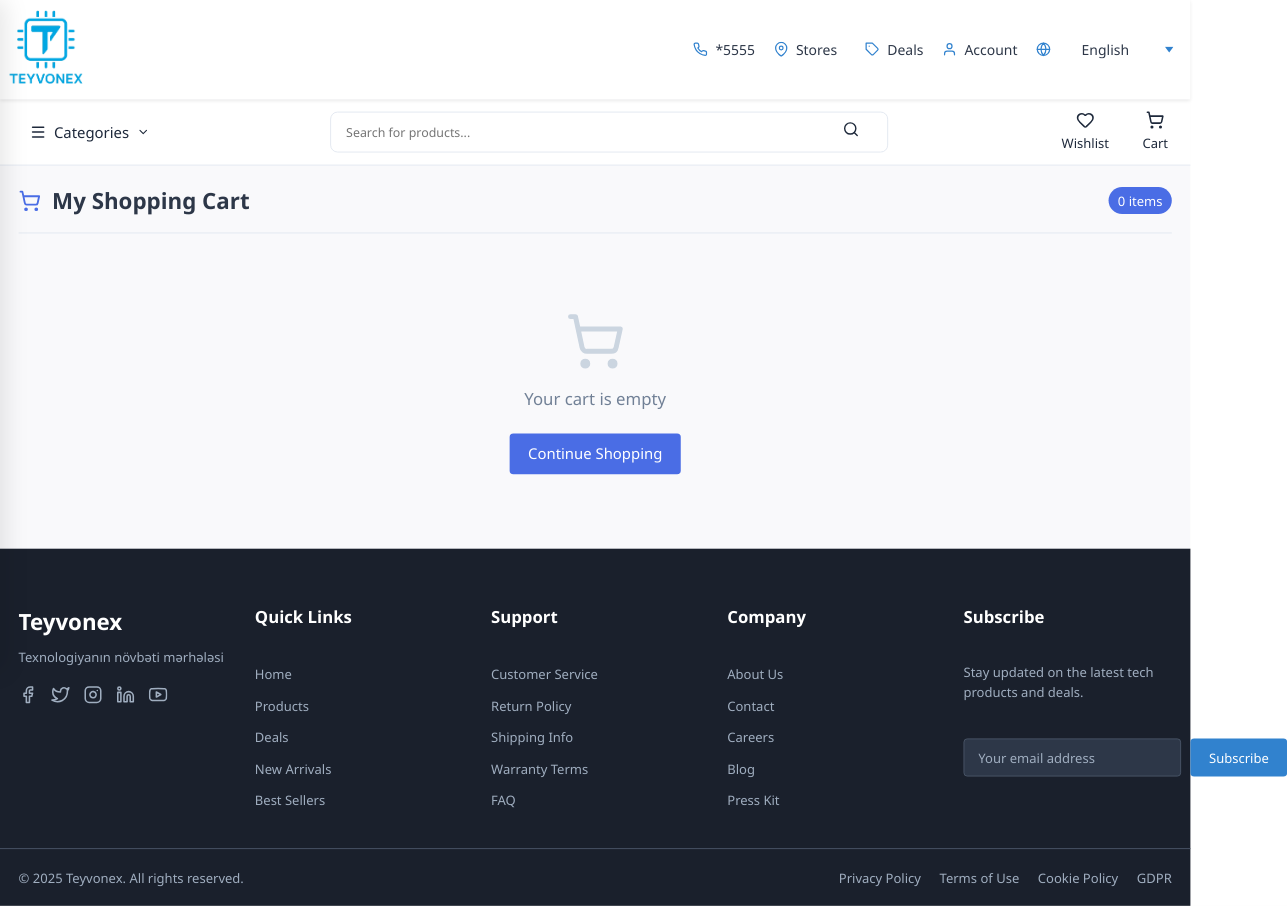
Repository: ferhadsultan98/e-commerce
Page: /shoppingcard
These files come from the project's save history. The page is drawn as it stood at one moment and after the next save; the edit follows.
The browser window is 1280 px wide. The page is 1384 px wide, so the pictures cover 1384 px, including what lies to the right of the window. The pictures show the whole page, at 93% of full size.
The project was rebuilt for these pictures with package versions that can differ from the ones it lists, and the page was loaded fresh each time. Also part of the build but not shown: vite.config.js, src/admin/Components/AdminLogin/AdminLogin.scss, src/admin/Components/AdminLogin/AdminLogin.jsx, src/client/Pages/Products/ProductCard.jsx, src/client/Pages/Products/Products.jsx, src/client/Styles/TechSlider.scss, src/client/Pages/TechSlider/TechSlider.jsx, src/client/Styles/ProductFeatures.scss and 35 more.

Above is the page before, as saved 2025-04-26 20:02:56.

### index.html
<!doctype html>
<html lang="en">
  <head>
    <meta charset="UTF-8" />
<link rel="shortcut icon" href="/src/client/Assets/bluelogo.png" type="image/x-icon">
    <meta name="viewport" content="width=device-width, initial-scale=1.0" />
    <title>Teyvonex</title>
  </head>
  <body>
    <div id="root"></div>
    <script type="module" src="/src/main.jsx"></script>
  </body>
</html>

### src/App.jsx
import React, { useState, useEffect } from "react";
import "./App.scss";
import Router from "./Router";
import ChatWidget from "./client/Components/Chat/ChatWidget";
import ScrollButton from "./client/Components/ScrollButton/ScrollButton";
import { ToastContainer } from "react-toastify";
import 'react-toastify/dist/ReactToastify.css';

function App() {
  const [isAuthenticated, setIsAuthenticated] = useState(
    sessionStorage.getItem("isAuthenticated") === "true"
  );
  const [isAdmin, setIsAdmin] = useState(
    sessionStorage.getItem("isAdmin") === "true"
  );

  useEffect(() => {
    sessionStorage.setItem("isAuthenticated", isAuthenticated.toString());
    sessionStorage.setItem("isAdmin", isAdmin.toString());
  }, [isAuthenticated, isAdmin]);

  const handleLogin = (admin = false) => {
    setIsAuthenticated(true);
    if (admin) {
      setIsAdmin(true);
    }
  };

  const handleLogout = () => {
    setIsAuthenticated(false);
    setIsAdmin(false);
    sessionStorage.removeItem("isAuthenticated");
    sessionStorage.removeItem("isAdmin");
  };

  return (
    <>
      <Router
        isAuthenticated={isAuthenticated}
        isAdmin={isAdmin}
        handleLogin={handleLogin}
        handleLogout={handleLogout}
      />

      <ScrollButton />
      <ToastContainer />
    </>
  );
}

export default App;

### src/App.scss
*{
  margin: 0;
  padding: 0;
  box-sizing: border-box;
  font-family: 'Segoe UI', Tahoma, Geneva, Verdana, sans-serif;
}
body{
  background-color: #f5f7fa;
}

### src/client/Components/ScrollButton/ScrollButton.jsx
import React, { useState, useEffect } from "react";
import "../../Styles/ScrollButton.scss";
import { FaChevronUp } from "react-icons/fa";

const ScrollButton = () => {
  const [isVisible, setIsVisible] = useState(false);

  // Butonun görünürlüğünü kontrol et
  useEffect(() => {
    const toggleVisibility = () => {
      if (window.pageYOffset > 300) {
        setIsVisible(true);
      } else {
        setIsVisible(false);
      }
    };

    window.addEventListener("scroll", toggleVisibility);
    return () => window.removeEventListener("scroll", toggleVisibility);
  }, []);

  const scrollToTop = () => {
    const scrollStep = (timestamp) => {
      const start = performance.now();
      const duration = 800; // Animasyon süresi (ms)
      const easeInOutQuad = (t) => (t < 0.5 ? 2 * t * t : -1 + (4 - 2 * t) * t);

      const step = () => {
        const progress = Math.min((performance.now() - start) / duration, 1);
        const easing = easeInOutQuad(progress);
        window.scrollTo(0, (1 - easing) * window.pageYOffset);

        if (progress < 1) {
          requestAnimationFrame(step);
        }
      };

      requestAnimationFrame(step);
    };

    requestAnimationFrame(scrollStep);
  };

  return (
    <>
      {isVisible && (
        <button className="scroll-to-top" onClick={scrollToTop}>
          <FaChevronUp />
        </button>
      )}
    </>
  );
};

export default ScrollButton;

### src/client/Components/Layout/Layout.jsx
// Layout.jsx
import React from 'react';
import TopHeader from '../Header/TopHeader';
import BottomHeader from '../Header/BottomHeader';
import Footer from '../Footer/Footer';

const Layout = ({ children, onLogout, wishlistItems, cartItems, onAddToWishlist, onAddToCart }) => {
  return (
    <>
      <TopHeader onLogout={onLogout} />
      <BottomHeader
        wishlistItems={wishlistItems}
        cartItems={cartItems}
        onAddToWishlist={onAddToWishlist}
        onAddToCart={onAddToCart}
      />
      {children}
      <Footer />
    </>
  );
};

export default Layout;

### src/client/Components/ScrollToTop/ScrollToTop.jsx
import { useEffect } from "react";
import { useLocation } from "react-router-dom";

function ScrollToTop() {
  const { pathname } = useLocation();

  useEffect(() => {
    window.scrollTo({
      top: "0",
      behavior: "smooth",
    });
  }, [pathname]);

  return null;
}

export default ScrollToTop;

### src/client/Components/Header/TopHeader.jsx
import React, { useState } from "react";
import { FiPhone, FiMapPin, FiTag, FiGlobe, FiUser, FiMenu, FiX } from "react-icons/fi";
import "../../Styles/TopHeader.scss"
import logo from "../../Assets/bluelogo.png";

const TopHeader = () => {
  const [language, setLanguage] = useState("en");
  const [isMobileMenuOpen, setIsMobileMenuOpen] = useState(false);

  const languages = {
    en: "English",
    az: "Azərbaycan",
    ru: "Русский",
  };

  const toggleMobileMenu = () => {
    setIsMobileMenuOpen(!isMobileMenuOpen);
  };

  return (
    <header className="header">
      <div className="headerContainer">
        {/* Logo */}
        <div className="headerLogo">
          <a href="/">
            <img src={logo} alt="TechTrend Logo" />
          </a>
        </div>

        {/* Desktop Navigation */}
        <nav className="headerNav">
          <div className="headerContact">
            <a href="tel:*5555" className="headerLink">
              <FiPhone size={16} />
              <span>*5555</span>
            </a>
            <a href="/stores" className="headerLink">
              <FiMapPin size={16} />
              <span>Stores</span>
            </a>
          </div>

          <div className="headerUtils">
            <a href="/deals" className="headerLink">
              <FiTag size={16} />
              <span>Deals</span>
            </a>
            <a href="/account" className="headerLink">
              <FiUser size={16} />
              <span>Account</span>
            </a>
            <div className="headerLanguage">
              <FiGlobe size={16} />
              <select
                value={language}
                onChange={(e) => setLanguage(e.target.value)}
              >
                {Object.entries(languages).map(([code, name]) => (
                  <option key={code} value={code}>
                    {name}
                  </option>
                ))}
              </select>
            </div>
          </div>
        </nav>

        {/* Mobile Menu Toggle */}
        <button className="headerMobileToggle" onClick={toggleMobileMenu}>
          {isMobileMenuOpen ? <FiX size={24} /> : <FiMenu size={24} />}
        </button>
      </div>

      {/* Mobile Navigation */}
      <nav className={`headerMobileNav ${isMobileMenuOpen ? "active" : ""}`}>
        <div className="headerMobileContact">
          <a href="tel:*5555" className="headerLink">
            <FiPhone size={16} />
            <span>*5555</span>
          </a>
          <a href="/stores" className="headerLink">
            <FiMapPin size={16} />
            <span>Stores</span>
          </a>
        </div>
        <div className="headerMobileUtils">
          <a href="/deals" className="headerLink">
            <FiTag size={16} />
            <span>Deals</span>
          </a>
          <a href="/account" className="headerLink">
            <FiUser size={16} />
            <span>Account</span>
          </a>
          <div className="headerLanguage">
            <FiGlobe size={16} />
            <select
              value={language}
              onChange={(e) => setLanguage(e.target.value)}
            >
              {Object.entries(languages).map(([code, name]) => (
                <option key={code} value={code}>
                  {name}
                </option>
              ))}
            </select>
          </div>
        </div>
      </nav>
    </header>
  );
};

export default TopHeader;

### src/client/Styles/ShoppingCard.scss
// ShoppingCard.scss

// Variables
$primary-color: #4a6de5;
$primary-hover: #3a5bd4;
$secondary-color: #f8f9fa;
$accent-color: #ff6b6b;
$text-color: #2d3748;
$border-color: #e2e8f0;
$success-color: #38a169;
$card-shadow: 0 4px 12px rgba(0, 0, 0, 0.08);
$border-radius: 10px;

.shopping-cart {
  width: 100%;
  margin: 0 auto;
  padding: 20px;
  max-width: 1420px;
  font-family: "Segoe UI", Tahoma, Geneva, Verdana, sans-serif;
  color: $text-color;

  &__header {
    display: flex;
    align-items: center;
    margin-bottom: 24px;
    padding-bottom: 16px;
    border-bottom: 1px solid $border-color;

    svg {
      color: $primary-color;
      margin-right: 12px;
    }
  }

  &__title {
    font-size: 24px;
    font-weight: 600;
    margin: 0;
    flex-grow: 1;
  }

  &__count {
    background-color: $primary-color;
    color: white;
    font-size: 14px;
    font-weight: 500;
    padding: 4px 10px;
    border-radius: 16px;
  }

  &__empty {
    display: flex;
    flex-direction: column;
    align-items: center;
    justify-content: center;
    padding: 60px 0;
    text-align: center;

    svg {
      color: #cbd5e0;
      margin-bottom: 16px;
    }
  }

  &__empty-message {
    font-size: 18px;
    font-weight: 500;
    color: #718096;
    margin-bottom: 24px;
  }

  &__continue-shopping {
    display: inline-block;
    padding: 10px 20px;
    background-color: $primary-color;
    color: white;
    font-weight: 500;
    text-decoration: none;
    border-radius: 4px;
    transition: background-color 0.2s;

    &:hover {
      background-color: $primary-hover;
    }
  }

  &__content {
    display: flex;
    flex-direction: column;

    @media (min-width: 768px) {
      flex-direction: row;
      gap: 24px;
    }
  }

  &__items {
    flex: 1;
    margin-bottom: 24px;

    @media (min-width: 768px) {
      margin-bottom: 0;
    }
  }

  &__summary {
    width: 100%;
    background-color: $secondary-color;
    border-radius: $border-radius;
    padding: 24px;
    position: sticky;
    top: 20px;
    box-shadow: $card-shadow;

    @media (min-width: 768px) {
      width: 360px;
      flex-shrink: 0;
    }
  }

  &__summary-title {
    font-size: 18px;
    font-weight: 600;
    margin-top: 0;
    margin-bottom: 20px;
    padding-bottom: 12px;
    border-bottom: 1px solid $border-color;
  }

  &__summary-items {
    margin-bottom: 20px;
  }

  &__checkout-btn {
    width: 100%;
    padding: 14px;
    background-color: $primary-color;
    color: white;
    font-size: 16px;
    font-weight: 600;
    border: none;
    border-radius: 6px;
    cursor: pointer;
    transition: background-color 0.2s;
    margin-bottom: 12px;

    &:hover {
      background-color: $primary-hover;
    }
  }

  &__continue-btn {
    display: block;
    width: 100%;
    padding: 12px;
    text-align: center;
    background-color: transparent;
    color: $primary-color;
    font-size: 14px;
    font-weight: 500;
    border: 1px solid $primary-color;
    border-radius: 6px;
    text-decoration: none;
    transition: background-color 0.2s;

    &:hover {
      background-color: rgba($primary-color, 0.1);
    }
  }
}

.cart-item {
  display: grid;
  grid-template-columns: 1fr;
  gap: 16px;
  padding: 20px;
  margin-bottom: 16px;
  background-color: white;
  border-radius: $border-radius;
  box-shadow: $card-shadow;

  @media (min-width: 576px) {
    grid-template-columns: 120px 1fr auto;
    align-items: center;
  }

  &__image-container {
    width: 100%;
    height: 120px;
    display: flex;
    align-items: center;
    justify-content: center;
    background-color: #f7fafc;
    border-radius: 6px;
    overflow: hidden;

    @media (min-width: 576px) {
      width: 120px;
      height: 120px;
    }
  }

  &__image {
    max-width: 100%;
    max-height: 100%;
    object-fit: contain;
  }

  &__details {
    display: flex;
    flex-direction: column;
    gap: 8px;
  }

  &__name {
    font-size: 16px;
    font-weight: 600;
    margin: 0;
  }

  &__price-container {
    display: flex;
    align-items: center;
    flex-wrap: wrap;
    gap: 8px;
  }

  &__price {
    font-size: 16px;
    font-weight: 600;

    &--original {
      color: #a0aec0;
      text-decoration: line-through;
      font-size: 14px;
      font-weight: 400;
    }

    &--discount {
      color: $accent-color;
    }
  }

  &__discount-badge {
    background-color: rgba($accent-color, 0.1);
    color: $accent-color;
    font-size: 12px;
    font-weight: 600;
    padding: 2px 6px;
    border-radius: 4px;
  }

  &__quantity {
    display: flex;
    align-items: center;
    margin-top: 8px;
  }

  &__quantity-btn {
    display: flex;
    align-items: center;
    justify-content: center;
    width: 28px;
    height: 28px;
    background-color: #f1f5f9;
    border: 1px solid $border-color;
    border-radius: 4px;
    cursor: pointer;
    transition: background-color 0.2s;

    &:hover:not(:disabled) {
      background-color: #e2e8f0;
    }

    &:disabled {
      opacity: 0.5;
      cursor: not-allowed;
    }
  }

  &__quantity-value {
    width: 40px;
    text-align: center;
    font-size: 14px;
    font-weight: 500;
  }

  &__actions {
    display: flex;
    align-items: center;
    gap: 16px;
    margin-top: 8px;
  }

  &__view-details {
    color: $primary-color;
    text-decoration: none;
    display: flex;
    align-items: center;
    gap: 4px;
    &:hover {
      text-decoration: underline;
    }
  }

  &__remove {
    display: flex;
    align-items: center;
    gap: 4px;
    color: #718096;

    background: none;
    border: none;
    padding: 0;
    cursor: pointer;
    transition: color 0.2s;

    &:hover {
      color: $accent-color;
    }
  }

  &__total {
    display: flex;
    flex-direction: column;
    align-items: flex-end;
    justify-content: center;
    text-align: right;

    @media (max-width: 575px) {
      flex-direction: row;
      justify-content: space-between;
      border-top: 1px solid $border-color;
      padding-top: 12px;
    }
  }

  &__total-label {
    font-size: 14px;
    color: #718096;
    margin-bottom: 4px;

    @media (max-width: 575px) {
      margin-bottom: 0;
    }
  }

  &__total-value {
    font-size: 18px;
    font-weight: 600;
    color: $text-color;
  }
}

.summary-row {
  display: flex;
  justify-content: space-between;
  margin-bottom: 12px;
  font-size: 14px;

  &--savings {
    color: $success-color;
    font-weight: 500;
  }

  &--total {
    border-top: 1px solid $border-color;
    margin-top: 12px;
    padding-top: 12px;
    font-size: 18px;
    font-weight: 600;
  }
}

### src/admin/Components/AdminLayout/AdminLayout.scss
// AdminLayout.scss
@import url("https://fonts.googleapis.com/css2?family=Poppins:wght@300;400;500;600;700&display=swap");
@import url("https://fonts.googleapis.com/icon?family=Material+Icons");

// Değişkenler
$primary-color: #3366ff;
$background-color: #f5f7fb;
$transition: all 0.3s ease;
$sidebar-width: 260px;
$sidebar-closed-width: 70px;

.admin-layout {
  display: flex;
  height: 100vh;
  position: relative;
}

.content-area {
  flex: 1;
  margin-left: $sidebar-width;
  transition: $transition;
  overflow-y: auto;
  padding: 20px;

  &.expanded {
    margin-left: $sidebar-closed-width;
  }
}

@media (max-width: 992px) {
  .content-area {
    margin-left: $sidebar-closed-width;

    &.expanded {
      margin-left: 0;
    }
  }
}

### src/client/Styles/TopHeader.scss
.header {
  width: 100%;
  top: 0;
  background-color: #ffffff;
  box-shadow: 0 2px 4px rgba(0, 0, 0, 0.1);
  position: relative;
}

.headerContainer {
  max-width: 1420px;
  margin: 0 auto;
  padding: 10px;
  display: flex;
  align-items: center;
  justify-content: space-between;
}

.headerLogo {
  display: flex;
  align-items: center;
  width: 80px;

  a {
    display: block;
  }

  img {
    width: 100%;
    height: auto;
    padding: 0;
  }
}

.headerNav {
  display: flex;
  align-items: center;
  gap: 30px;

  @media screen and (max-width: 992px) {
    display: none;
  }
}

.headerContact,
.headerUtils,
.headerMobileContact,
.headerMobileUtils {
  display: flex;
  align-items: center;
  gap: 20px;
}

.headerLink {
  display: flex;
  align-items: center;
  gap: 8px;
  color: #2d3748;
  text-decoration: none;
  font-size: 15px;
  font-weight: 500;
  transition: color 0.3s ease;

  svg {
    color: #3182ce;
  }

  &:hover {
    color: #3182ce;
  }
}

.headerLanguage {
  display: flex;
  align-items: center;
  gap: 8px;
  position: relative;

  svg {
    color: #3182ce;
    z-index: 1;
  }

  select {
    appearance: none;
    background-color: transparent;
    border: none;
    padding: 5px 25px 5px 25px;
    font-size: 15px;
    font-weight: 500;
    color: #2d3748;
    cursor: pointer;
    outline: none;

    &:focus {
      color: #3182ce;
    }
  }

  &::after {
    content: "";
    width: 0.6em;
    height: 0.4em;
    background-color: #3182ce;
    clip-path: polygon(100% 0%, 0 0%, 50% 100%);
    position: absolute;
    right: 8px;
    pointer-events: none;
  }
}

.headerMobileToggle {
  display: none;
  background: none;
  border: none;
  cursor: pointer;
  color: #2d3748;

  @media screen and (max-width: 992px) {
    display: block;
  }
}

.headerMobileNav {
  display: flex;
  opacity: 0;
  transform: translateY(-20px);
  pointer-events: none;
  background-color: #ffffff;
  padding: 20px;
  flex-direction: column;
  gap: 20px;
  box-shadow: 0 4px 6px rgba(0, 0, 0, 0.1);
  transition: opacity 0.3s ease, transform 0.3s ease;
  position: absolute;
  top: 100%;
  left: 0;
  right: 0;
  z-index: 1000;

  &.active {
    opacity: 1;
    transform: translateY(0);
    pointer-events: auto;
  }

  @media screen and (min-width: 993px) {
    display: none;
  }
}

/* Responsive Styles */
@media screen and (max-width: 768px) {
  .headerContainer {
    padding: 10px 15px;
  }

  .headerLogo img {
    width: 50px;
  }

  .headerMobileNav {
    padding: 15px;
  }

  .headerLink {
    font-size: 14px;
  }
}

@media screen and (max-width: 576px) {
  .headerLogo img {
    width: 45px;
  }

  .headerMobileContact,
  .headerMobileUtils {
    flex-direction: column;
    align-items: flex-start;
    gap: 15px;
  }

  .headerLink {
    font-size: 13px;
  }

  .headerLanguage select {
    font-size: 13px;
  }
}

### src/client/Styles/Footer.scss
.footerWrapper {
    background-color: #1a202c;
    color: #e2e8f0;
    font-family: "Inter", sans-serif;
    padding-top: 60px;
  }

  .footerContainer {
    max-width: 1280px;
    margin: 0 auto;
    padding: 0 20px;
  }

  .footerTop {
    border-bottom: 1px solid #4a5568;
    padding-bottom: 40px;
  }

  .footerTop .footerContainer {
    display: grid;
    grid-template-columns: repeat(auto-fit, minmax(200px, 1fr));
    gap: 30px;
  }

  .footerColumn {
    display: flex;
    flex-direction: column;
    gap: 20px;
  }

  .footerLogo {
    h2 {
      font-size: 24px;
      font-weight: 700;
      color: #ffffff;
      margin-bottom: 10px;
    }

    p {
      font-size: 14px;
      color: #a0aec0;
    }
  }

  .footerSocial {
    display: flex;
    gap: 15px;

    .socialIcon {
      color: #a0aec0;
      transition: color 0.3s ease;

      &:hover {
        color: #3182ce;
      }
    }
  }

  .footerColumn h3 {
    font-size: 18px;
    font-weight: 600;
    color: #ffffff;
    margin-bottom: 15px;
  }

  .footerLinks {
    list-style: none;
    padding: 0;
    margin: 0;
    display: flex;
    flex-direction: column;
    gap: 10px;

    li {
      a {
        color: #a0aec0;
        text-decoration: none;
        font-size: 14px;
        transition: color 0.3s ease;

        &:hover {
          color: #3182ce;
        }
      }
    }
  }

  .subscribeColumn {
    max-width: 300px;

    p {
      font-size: 14px;
      color: #a0aec0;
      margin-bottom: 20px;
    }
  }

  .subscribeForm {
    display: flex;
    flex-direction: column;
    gap: 10px;
  }

  .inputGroup {
    display: flex;
    gap: 10px;
  }

  .subscribeForm input {
    flex: 1;
    padding: 10px 15px;
    border: 1px solid #4a5568;
    background-color: #2d3748;
    color: #e2e8f0;
    border-radius: 4px;
    font-size: 14px;
    outline: none;

    &::placeholder {
      color: #a0aec0;
    }

    &.inputError {
      border-color: #e53e3e;
    }
  }

  .subscribeButton {
    padding: 10px 20px;
    background-color: #3182ce;
    border: none;
    border-radius: 4px;
    color: #ffffff;
    font-size: 14px;
    font-weight: 500;
    cursor: pointer;
    transition: background-color 0.3s ease;

    &:hover {
      background-color: #2b6cb0;
    }
  }

  .statusMessage {
    font-size: 13px;
    padding: 8px;
    border-radius: 4px;
    text-align: center;

    &.successMessage {
      background-color: #2f855a;
      color: #ffffff;
    }

    &.errorMessage {
      background-color: #e53e3e;
      color: #ffffff;
    }
  }

  .footerBottom {
    padding: 20px 0;
    font-size: 14px;
  }

  .footerBottom .footerContainer {
    display: flex;
    justify-content: space-between;
    align-items: center;
    flex-wrap: wrap;
    gap: 20px;
  }

  .footerCopyright {
    color: #a0aec0;
  }

  .footerLegal {
    display: flex;
    gap: 20px;

    a {
      color: #a0aec0;
      text-decoration: none;
      transition: color 0.3s ease;

      &:hover {
        color: #3182ce;
      }
    }
  }

  /* Responsive Styles */
  @media screen and (max-width: 992px) {
    .footerTop .footerContainer {
      grid-template-columns: repeat(auto-fit, minmax(180px, 1fr));
    }

    .subscribeColumn {
      max-width: 100%;
    }
  }

  @media screen and (max-width: 768px) {
    .footerWrapper {
      padding-top: 40px;
    }

    .footerTop {
      padding-bottom: 30px;
    }

    .footerTop .footerContainer {
      gap: 20px;
    }

    .footerLogo h2 {
      font-size: 20px;
    }

    .footerColumn h3 {
      font-size: 16px;
    }

    .footerLinks li a {
      font-size: 13px;
    }

    .subscribeForm input,
    .subscribeButton {
      font-size: 13px;
    }
  }

  @media screen and (max-width: 576px) {
    .footerBottom .footerContainer {
      flex-direction: column;
      align-items: flex-start;
    }

    .footerLegal {
      flex-direction: column;
      gap: 10px;
    }

    .inputGroup {
      flex-direction: column;
    }

    .subscribeButton {
      width: 100%;
      text-align: center;
    }
  }

Loaded but not shown: src/main.jsx (common file); src/index.css (common file); src/client/Pages/Products/Products.json (1077 lines, source omitted); src/client/Styles/BottomHeader.scss (493 lines, source omitted); src/client/Components/Header/BottomHeader.jsx (274 lines, source omitted); src/Router.jsx (292 lines, source omitted); src/client/Styles/Products.scss (474 lines, source omitted); src/client/Pages/ShoppingCard/ShoppingCard.jsx (232 lines, source omitted); src/admin/Pages/AdminProducts/AdminProducts.scss (400 lines, source omitted); src/client/Components/Footer/Footer.jsx (176 lines, source omitted)

After the next save:
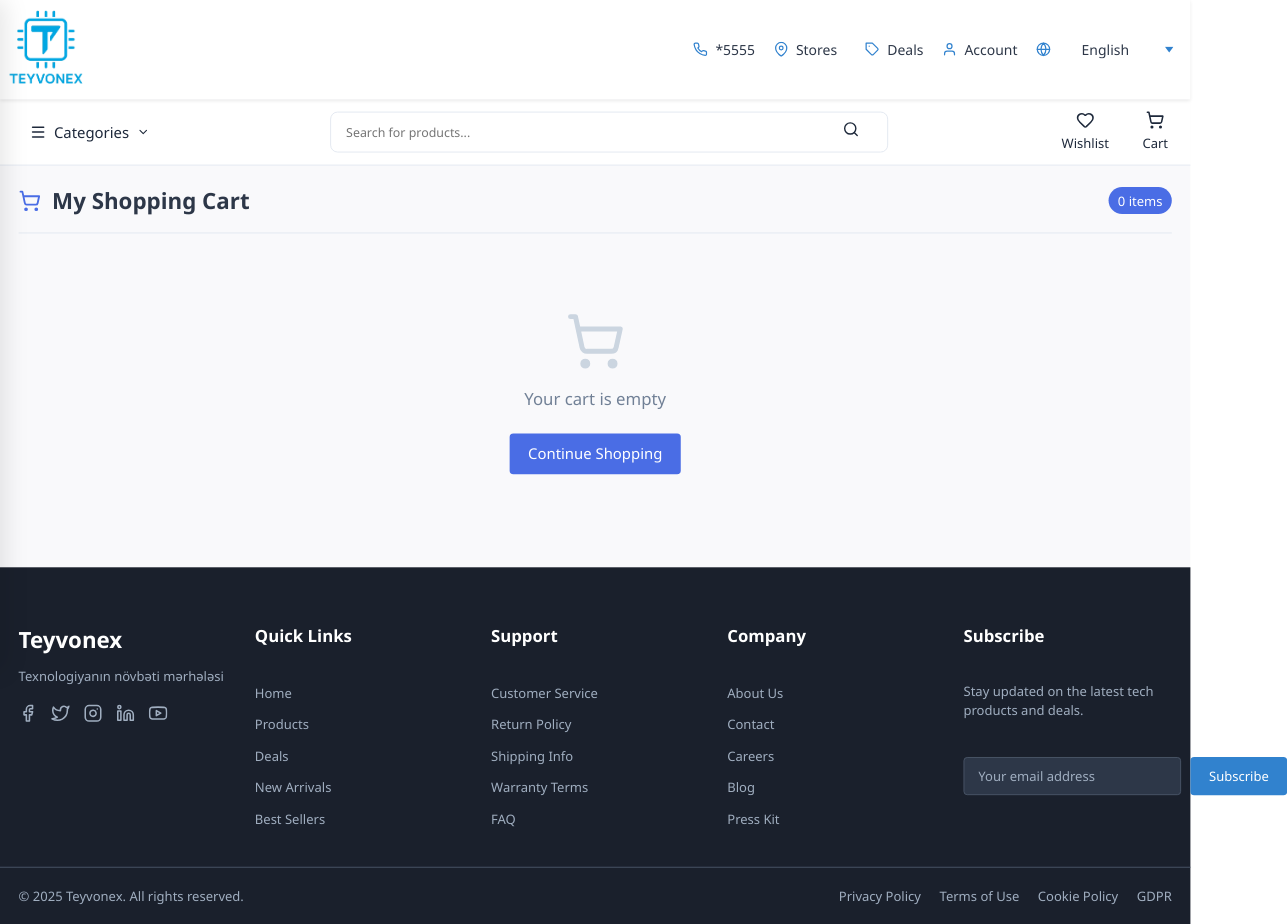
Saved 36 s later.
--- a/src/client/Styles/ShoppingCard.scss
+++ b/src/client/Styles/ShoppingCard.scss
@@ -16,6 +16,7 @@ $border-radius: 10px;
   margin: 0 auto;
   padding: 20px;
   max-width: 1420px;
+  height: 60vh;
   font-family: "Segoe UI", Tahoma, Geneva, Verdana, sans-serif;
   color: $text-color;
 
